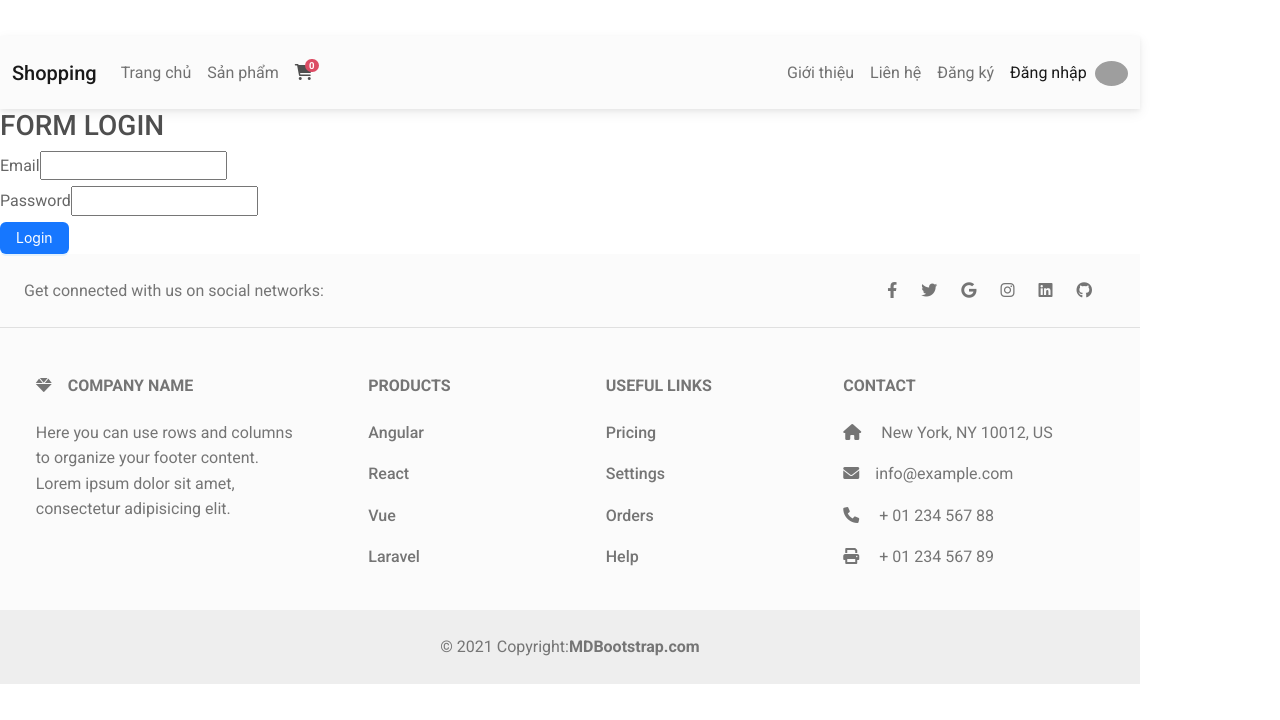
Repository: TinhTT336/MD02_Session10
Page: /login
These files come from the project's save history. The page is drawn as it stood at one moment and after a run of saves; the edit follows.
The browser window is 1280 px wide. The pictures show the whole page.
Pictures or frames that could not be fetched are drawn as grey boxes. Some web libraries are served in a nearby version. The project was rebuilt for these pictures with package versions that can differ from the ones it lists, and the page was loaded fresh each time. Also part of the build but not shown: vite.config.js, src/pages/Home.jsx, src/common/formatMoney.js, src/actions/cartActions.js, src/pages/ListProduct.jsx, src/pages/Cart.jsx, src/components/base/backtop/backtop.css, src/components/base/backtop/BackToTop.jsx and 11 more.

Above is the page before, as saved 2023-09-08 17:03:55.

### index.html
<!DOCTYPE html>
<html lang="en">
  <head>
    <meta charset="UTF-8" />
    <link rel="icon" type="image/svg+xml" href="/vite.svg" />
    <meta name="viewport" content="width=device-width, initial-scale=1.0" />
    <title>Vite + React</title>
    <!-- Font Awesome -->
    <link
      href="https://cdnjs.cloudflare.com/ajax/libs/font-awesome/6.0.0/css/all.min.css"
      rel="stylesheet"
    />
    <!-- Google Fonts -->
    <link
      href="https://fonts.googleapis.com/css?family=Roboto:300,400,500,700&display=swap"
      rel="stylesheet"
    />
    <!-- MDB -->
    <link
      href="https://cdnjs.cloudflare.com/ajax/libs/mdb-ui-kit/6.4.1/mdb.min.css"
      rel="stylesheet"
    />
  </head>
  <body>
    <div id="root"></div>
    <script type="module" src="/src/main.jsx"></script>
    <script
      type="text/javascript"
      src="https://cdnjs.cloudflare.com/ajax/libs/mdb-ui-kit/6.4.1/mdb.min.js"
    ></script>
  </body>
</html>

### src/main.jsx
import React from 'react'
import ReactDOM from 'react-dom/client'
import App from './App.jsx'
import './index.css'
import { BrowserRouter } from 'react-router-dom'
import { Provider } from 'react-redux'
import { createStore } from 'redux'
import { reducer } from './reducers/index.js'

const store = createStore(reducer)
ReactDOM.createRoot(document.getElementById('root')).render(
  <React.StrictMode>
    <BrowserRouter>
      <Provider store={store}>
        <App />
      </Provider>
    </BrowserRouter>
  </React.StrictMode>,
)

### src/App.jsx

import { Route, Routes, useLocation } from 'react-router-dom'
import './App.css'
import Home from './pages/Home'
import ListProduct from './pages/ListProduct'
import Cart from './pages/Cart'
import About from './pages/About'
import Contact from './pages/Contact'
import Register from './pages/Register'
import Login from './pages/Login'
import ProductDetail from './pages/ProductDetail'
import { useEffect } from 'react'
import PrivateRouter from './pages/private/PrivateRouter'
import HomeAdmin from './pages/private/HomeAdmin'
import ManagerProduct from './pages/private/ManagerProduct'
import ManagerUser from './pages/private/ManagerUser'

function App() {
  const location = useLocation();
  useEffect(() => {
    window.scrollTo({ top: 0, behavior: "smooth" });
  }, [location.pathname])
  return (
    <>
      <Routes>
        {/* Router ai cung co the truy cap */}
        <Route path='/' element={<Home />}></Route>
        <Route path='/list-product' element={<ListProduct />}></Route>
        <Route path='/product/:id' element={<ProductDetail />}></Route>
        <Route path='/cart' element={<Cart />}></Route>
        <Route path='/about' element={<About />}></Route>
        <Route path='/contact' element={<Contact />}></Route>
        <Route path='/register' element={<Register />}></Route>
        <Route path='/login' element={<Login />}></Route>
        <Route path='/product-detail' element={<ProductDetail />}></Route>

        {/* Router chi admin moi co the truy cap */}
        <Route path='/admin' element={<PrivateRouter />}>
          {/* path ="/" duong dan tuyet doi */}
          <Route index element={<HomeAdmin />}></Route>
          <Route path='manager-product' element={<ManagerProduct />}></Route>
          <Route path='manager-user' element={<ManagerUser />}></Route>
        </Route>
      </Routes>
    </>
  )
}

export default App

### src/reducers/index.js
import { combineReducers } from "redux";
import { listProduct } from "./listProduct";
import { listCart } from "./listCart";

export const reducer = combineReducers({ listProduct, listCart });

### src/App.css
* {
  margin: 0;
  padding: 0;
  box-sizing: border-box;
}
/* .active {
  background-color: #efefef;
} */
/* body {
  max-width: 90%;
  margin: 0 auto;
} */

.nav-item .nav-link {
  padding: 15px;
}

.fa-cart-shopping {
  position: relative;
}

.fa-cart-shopping + span {
  position: absolute;
  top: -10px;
  right: -10px;
  background-color: red;
  color: white;
  border-radius: 50%;
  padding: 5px 10px;
}

### src/pages/Login.jsx
import React from 'react'
import Navbar from '../layouts/Navbar'
import Footer from '../layouts/Footer'
import { Button } from 'antd'

export default function Login() {
    return (
        <div>
            <Navbar />
            <form className='form-container'>
                <h3 className='form-heading'>FORM LOGIN</h3>
                <div className='form-group'>
                    <label className='form-label' htmlFor="email">Email</label>
                    <input className='form-input' type="text" id="email" />
                </div>
                <div className='form-group'>
                    <label className='form-label' htmlFor="password">Password</label>
                    <input className='form-input' type="password" id="password" />
                </div>
                <Button title='Login' type='primary'>Login</Button>
            </form>
            <Footer />
        </div>
    )
}

### src/reducers/listProduct.js
import products from "../data/products.json";
export const listProduct = (state = products, action) => {
  return state;
};

### src/layouts/Navbar.jsx
import React from 'react'
import { useSelector } from 'react-redux'
import { Link, NavLink } from 'react-router-dom'

export default function Navbar() {
    const carts = useSelector(cart => cart.listCart);
    return (
        <div>
            <>
                {/* Navbar start */}
                {/* Navbar */}
                <nav className="navbar navbar-expand-lg navbar-light bg-light">
                    {/* Container wrapper */}
                    <div className="container-fluid">
                        {/* Toggle button */}
                        <button
                            className="navbar-toggler"
                            type="button"
                            data-mdb-toggle="collapse"
                            data-mdb-target="#navbarSupportedContent"
                            aria-controls="navbarSupportedContent"
                            aria-expanded="false"
                            aria-label="Toggle navigation"
                        >
                            <i className="fas fa-bars" />
                        </button>
                        {/* Collapsible wrapper */}
                        <div className="collapse navbar-collapse" id="navbarSupportedContent">
                            {/* Navbar brand */}
                            <a className="navbar-brand mt-2 mt-lg-0" >
                                {" "}
                                Shopping{" "}
                            </a>
                            {/* Left links */}
                            <ul className="navbar-nav me-auto mb-2 mb-lg-0">
                                <li className="nav-item">
                                    <NavLink to={"/"} className="nav-link" >
                                        Trang chủ
                                    </NavLink>
                                </li>
                                <li className="nav-item">
                                    <NavLink to={"/list-product"} className="nav-link" >
                                        Sản phẩm
                                    </NavLink>
                                </li>
                                <li className="nav-item">
                                    {/* Icon */}
                                    <Link to={"/cart"} className="text-reset me-3 nav-link" >
                                        <i className="fas fa-shopping-cart" />
                                        <span className="badge rounded-pill badge-notification bg-danger">
                                            {carts.length}
                                        </span>
                                    </Link>
                                </li>
                            </ul>
                            {/* Left links */}
                        </div>
                        {/* Collapsible wrapper */}
                        {/* Right elements */}
                        <div className="d-flex align-items-center">
                            <ul className="navbar-nav me-auto mb-2 mb-lg-0">
                                <li className="nav-item">
                                    <NavLink to={"/about"} className="nav-link" >
                                        Giới thiệu
                                    </NavLink>
                                </li>
                                <li className="nav-item">
                                    <NavLink to={"/contact"} className="nav-link" >
                                        Liên hệ
                                    </NavLink>
                                </li>
                                <li className="nav-item">
                                    <NavLink to={"/register"} className="nav-link" >
                                        Đăng ký
                                    </NavLink>
                                </li>
                                <li className="nav-item">
                                    <NavLink to={"/login"} className="nav-link" >
                                        Đăng nhập
                                    </NavLink>
                                </li>
                            </ul>
                            {/* Avatar */}
                            <div className="dropdown">
                                <a
                                    className="dropdown-toggle d-flex align-items-center hidden-arrow"

                                    id="navbarDropdownMenuAvatar"
                                    role="button"
                                    data-mdb-toggle="dropdown"
                                    aria-expanded="false"
                                >
                                    <img
                                        src="https://mdbcdn.b-cdn.net/img/new/avatars/2.webp"
                                        className="rounded-circle"
                                        height={25}
                                        alt="Black and White Portrait of a Man"
                                        loading="lazy"
                                    />
                                </a>
                                <ul
                                    className="dropdown-menu dropdown-menu-end"
                                    aria-labelledby="navbarDropdownMenuAvatar"
                                >
                                    <li>
                                        <a className="dropdown-item" >
                                            My profile
                                        </a>
                                    </li>
                                    <li>
                                        <a className="dropdown-item" >
                                            Settings
                                        </a>
                                    </li>
                                    <li>
                                        <a className="dropdown-item" >
                                            Logout
                                        </a>
                                    </li>
                                </ul>
                            </div>
                        </div>
                        {/* Right elements */}
                    </div>
                    {/* Container wrapper */}
                </nav>
                {/* Navbar end */}
            </>

        </div>
    )
}

### src/layouts/Footer.jsx
import React from 'react'

export default function Footer() {
    return (
        <>
            <>
                {/* Footer start */}
                {/* Footer */}
                <footer className="text-center text-lg-start bg-light text-muted">
                    {/* Section: Social media */}
                    <section className="d-flex justify-content-center justify-content-lg-between p-4 border-bottom">
                        {/* Left */}
                        <div className="me-5 d-none d-lg-block">
                            <span>Get connected with us on social networks:</span>
                        </div>
                        {/* Left */}
                        {/* Right */}
                        <div>
                            <a href="" className="me-4 text-reset">
                                <i className="fab fa-facebook-f" />
                            </a>
                            <a href="" className="me-4 text-reset">
                                <i className="fab fa-twitter" />
                            </a>
                            <a href="" className="me-4 text-reset">
                                <i className="fab fa-google" />
                            </a>
                            <a href="" className="me-4 text-reset">
                                <i className="fab fa-instagram" />
                            </a>
                            <a href="" className="me-4 text-reset">
                                <i className="fab fa-linkedin" />
                            </a>
                            <a href="" className="me-4 text-reset">
                                <i className="fab fa-github" />
                            </a>
                        </div>
                        {/* Right */}
                    </section>
                    {/* Section: Social media */}
                    {/* Section: Links  */}
                    <section className="">
                        <div className="container text-center text-md-start mt-5">
                            {/* Grid row */}
                            <div className="row mt-3">
                                {/* Grid column */}
                                <div className="col-md-3 col-lg-4 col-xl-3 mx-auto mb-4">
                                    {/* Content */}
                                    <h6 className="text-uppercase fw-bold mb-4">
                                        <i className="fas fa-gem me-3" />
                                        Company name
                                    </h6>
                                    <p>
                                        Here you can use rows and columns to organize your footer content.
                                        Lorem ipsum dolor sit amet, consectetur adipisicing elit.
                                    </p>
                                </div>
                                {/* Grid column */}
                                {/* Grid column */}
                                <div className="col-md-2 col-lg-2 col-xl-2 mx-auto mb-4">
                                    {/* Links */}
                                    <h6 className="text-uppercase fw-bold mb-4">Products</h6>
                                    <p>
                                        <a href="#!" className="text-reset">
                                            Angular
                                        </a>
                                    </p>
                                    <p>
                                        <a href="#!" className="text-reset">
                                            React
                                        </a>
                                    </p>
                                    <p>
                                        <a href="#!" className="text-reset">
                                            Vue
                                        </a>
                                    </p>
                                    <p>
                                        <a href="#!" className="text-reset">
                                            Laravel
                                        </a>
                                    </p>
                                </div>
                                {/* Grid column */}
                                {/* Grid column */}
                                <div className="col-md-3 col-lg-2 col-xl-2 mx-auto mb-4">
                                    {/* Links */}
                                    <h6 className="text-uppercase fw-bold mb-4">Useful links</h6>
                                    <p>
                                        <a href="#!" className="text-reset">
                                            Pricing
                                        </a>
                                    </p>
                                    <p>
                                        <a href="#!" className="text-reset">
                                            Settings
                                        </a>
                                    </p>
                                    <p>
                                        <a href="#!" className="text-reset">
                                            Orders
                                        </a>
                                    </p>
                                    <p>
                                        <a href="#!" className="text-reset">
                                            Help
                                        </a>
                                    </p>
                                </div>
                                {/* Grid column */}
                                {/* Grid column */}
                                <div className="col-md-4 col-lg-3 col-xl-3 mx-auto mb-md-0 mb-4">
                                    {/* Links */}
                                    <h6 className="text-uppercase fw-bold mb-4">Contact</h6>
                                    <p>
                                        <i className="fas fa-home me-3" /> New York, NY 10012, US
                                    </p>
                                    <p>
                                        <i className="fas fa-envelope me-3" />
                                        info@example.com
                                    </p>
                                    <p>
                                        <i className="fas fa-phone me-3" /> + 01 234 567 88
                                    </p>
                                    <p>
                                        <i className="fas fa-print me-3" /> + 01 234 567 89
                                    </p>
                                </div>
                                {/* Grid column */}
                            </div>
                            {/* Grid row */}
                        </div>
                    </section>
                    {/* Section: Links  */}
                    {/* Copyright */}
                    <div
                        className="text-center p-4"
                        style={{ backgroundColor: "rgba(0, 0, 0, 0.05)" }}
                    >
                        © 2021 Copyright:
                        <a className="text-reset fw-bold" href="https://mdbootstrap.com/">
                            MDBootstrap.com
                        </a>
                    </div>
                    {/* Copyright */}
                </footer>
                {/* Footer */}
                {/* Footer end */}
            </>

        </ >
    )
}

### src/contrains/actionTypes.js
export const ACT_ADD_CART = "add";
export const ACT_DECREASE = "decrease";
export const ACT_INCREASE = "increase";
export const ACT_DELETE = "delete";

### src/layouts/admin/sidebar/sidebar.css
/* .sidebar-admin {
  width: 230px;
  min-height: 100vh;
  color: #afafaf;
  padding: 5px;
}

.router-item {
  padding: 10px;
  border-bottom: 1px solid rgba(255, 255, 255, 0.1);
  cursor: pointer;
  transition: all.3s ease;
  color: #dfdcdc !important;
  font-size: 14px;
  font-weight: 600;
  display: flex;
  align-items: center;
  position: relative;
  z-index: 1;
  padding: 10px 20px 10px 20px;
  background-color: rgba(255, 255, 255, 0.1);
  border-radius: 5px;
  transition: all.3s ease;
  box-shadow: 0 1px 3px rgba(0, 0, 0, 0.12), 0 1px 2px rgba(0, 0, 0, 0.24);
}

.router-item:hover {
  background-color: rgba(255, 255, 255, 0.2);
  box-shadow: 0 14px 26px -12px rgba(0, 0, 0, 0.42),
    0 4px 23px 0px rgba(0, 0, 0, 0.12), 0 8px 10px -5px rgba(0, 0, 0, 0.2);
  color: #fff !important;
}

.router-item:hover.router-item-icon {
  color: #fff;
}

.router-item-icon {
  font-size: 20px;
  margin-right: 10px;
}

.router-item-title {
  font-size: 14px;
  font-weight: 600;
} */

.m-menu {
  width: 230px;
  background-color: #393a3d;
  color: #fff;
  overflow-y: auto;
}

.m-menu a {
  color: #efe3e3;
  text-decoration: none;
  cursor: pointer;
}

.m-logo-container {
  height: 56px;
  width: 230px;
  display: flex;
  align-items: center;
  /* justify-content: center; */
}

.m-logo-icon {
  height: 56px;
  width: 100%;
  border-right: 1px solid #dadada;
}

.m-menu-item {
  height: calc(100vh - 62px);
  overflow: auto;
}

.m-item-router {
  height: 50px;
  display: flex;
  align-items: center;
  padding-right: 14px;
  padding-left: 8px;
  border-left: 6px solid transparent;
  position: relative;
}

.m-item-router.active::before,
.m-item-router:hover::before {
  content: "";
  color: #fff;
  background: rgb(212, 215, 220);
  opacity: 0.2;
  width: calc(100% + 6px);
  height: 50px;
  left: -6px;
  top: 0px;
  position: absolute;
}

@media screen and (max-width: 600px) {
  .m-item-router .m-item-title {
    display: none;
  }

  .m-menu {
    width: 48px;
  }

  .m-logo-icon {
    height: 70px;
  }
  .collapse {
    left: 8px;
  }
  .collapse .m-item-title {
    display: none;
  }

  .m-navbar {
    height: 48px !important;
  }
}

.m-icon-15-fs {
  margin-right: 8px;
}

### src/components/base/button/Button.jsx
import React from 'react';
import "./button.css";

export default function Button({ title, size, type }) {
    const styleObj = {
        width: size + "px",
    }
    return (
        <>
            <button style={styleObj} className={`t-button t-button-${type}`}>
                {title}
            </button>
        </>
    )
}

### src/components/base/button/button.css
.t-button {
  height: 36px;
  border: 1px solid transparent;
  border-radius: 4px;
  padding: 0 16px;
  min-width: 80px;
  /* line-height: 36px; */
  cursor: pointer;
  background-color: #efefef;
}

.t-button-primary {
  background-color: rgba(0, 0, 0, 0.5);
}
.t-button-primary:hover {
  background-color: rgba(0, 0, 0, 0.9);
  color: #fff;
}
.t-button-primary:focus {
  background-color: rgba(0, 0, 0, 0.9);
  color: #fff;
}
.t-button-danger {
  background-color: #ff4d4f !important;
}
.t-button-danger:hover {
  background-color: #f5292c !important;
  color: #fff;
}
.t-button-danger:focus {
  background-color: #ef0d11 !important;
  color: #fff;
}

Loaded but not shown: src/index.css (common file); src/data/products.json (44 lines, source omitted); src/reducers/listCart.js (96 lines, source omitted)

After the next 2 saves:
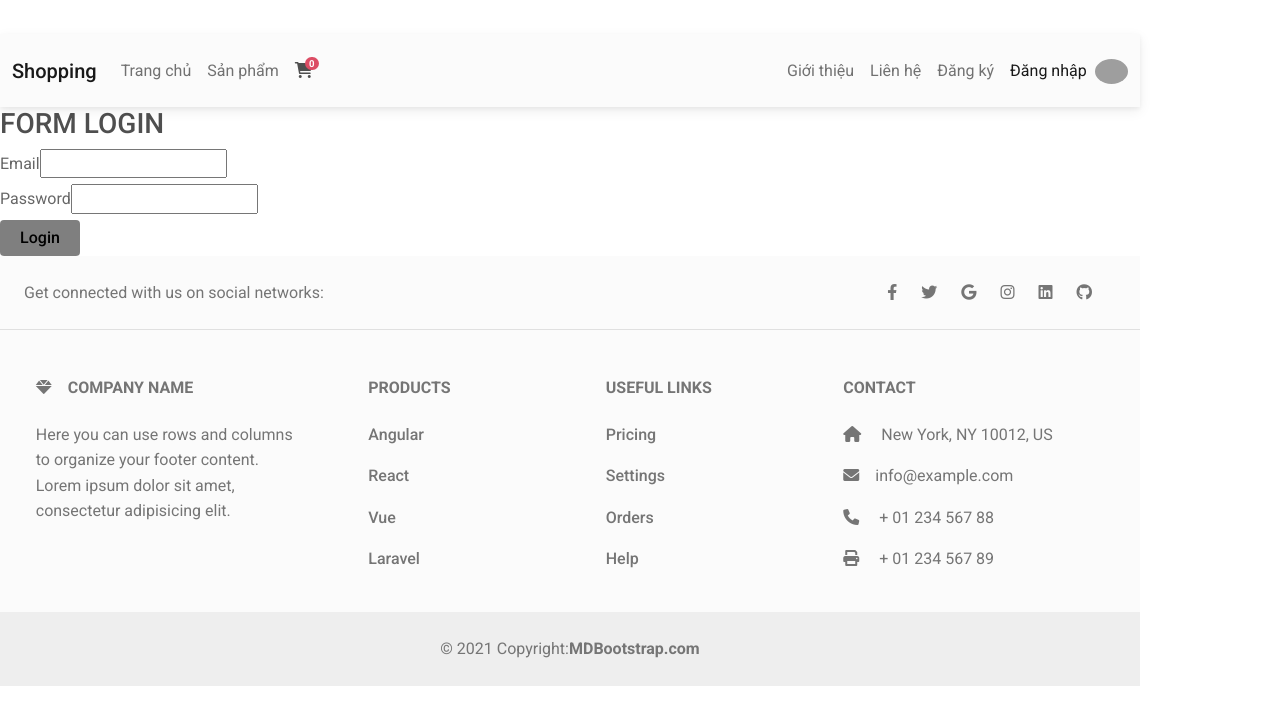
The 2 saves are shown as one change because 1 did not build or start.
The last was saved 3 min 13 s later.
--- a/src/pages/Login.jsx
+++ b/src/pages/Login.jsx
@@ -1,7 +1,7 @@
 import React from 'react'
 import Navbar from '../layouts/Navbar'
 import Footer from '../layouts/Footer'
-import { Button } from 'antd'
+import Button from "../components/base/button/Button";
 
 export default function Login() {
     return (
